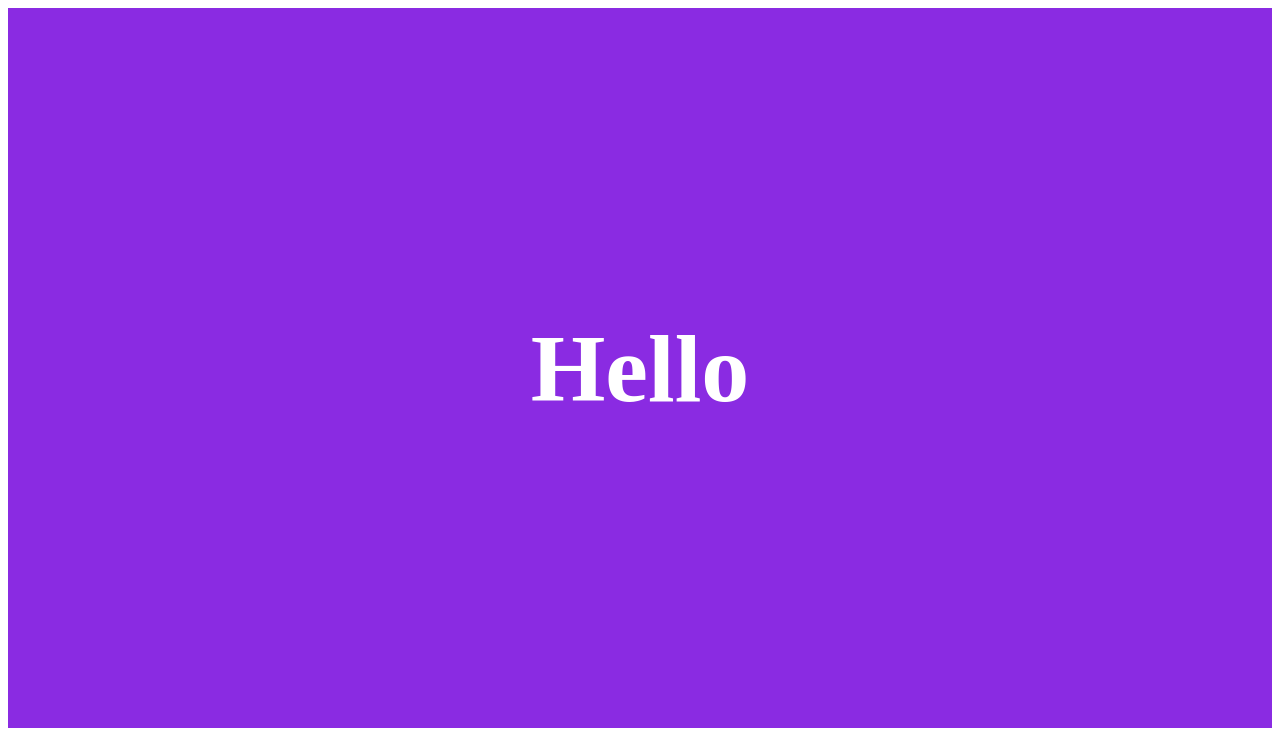
Repository: mohammadHaneen/new-project
Page: index.html
The author's editor kept a copy of each file at every save. The page is drawn from the files as they stood at one save, then again after a run of saves.
The browser window is 1280 px wide. The pictures show the whole page.

Above is the page before, as saved 2022-06-14 15:59:48.

### index.html
<!DOCTYPE html>
<html lang="en">

<head>
    <meta charset="UTF-8">
    <meta http-equiv="X-UA-Compatible" content="IE=edge">
    <meta name="viewport" content="width=device-width, initial-scale=1.0">
    <title>Document</title>
    <style>
        .container {
            width: 100%;
            height: 100vh;
            display: flex;
            justify-content: center;
            align-items: center;
            background: blueviolet;
        }

        h2 {
            color: white;
            font-size: 6rem;
            font-weight: 800;
        }
    </style>
</head>

<body>
    <div class="container">
        <h2>Hello</h2>
    </div>
</body>

</html>

After the next 2 saves:
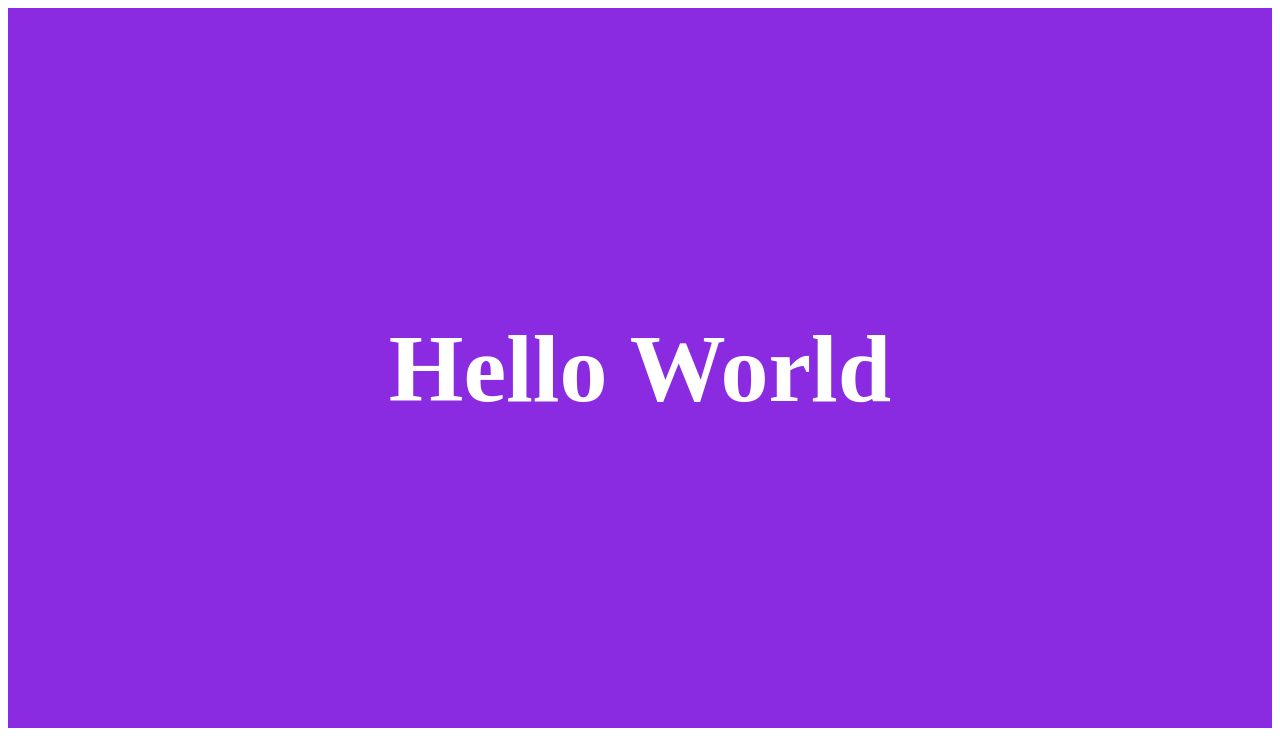
The 2 saves are shown as one change because they came seconds apart.
The last was saved 10 s later.
--- a/index.html
+++ b/index.html
@@ -26,7 +26,7 @@
 
 <body>
     <div class="container">
-        <h2>Hello</h2>
+        <h2>Hello World</h2>
     </div>
 </body>
 
